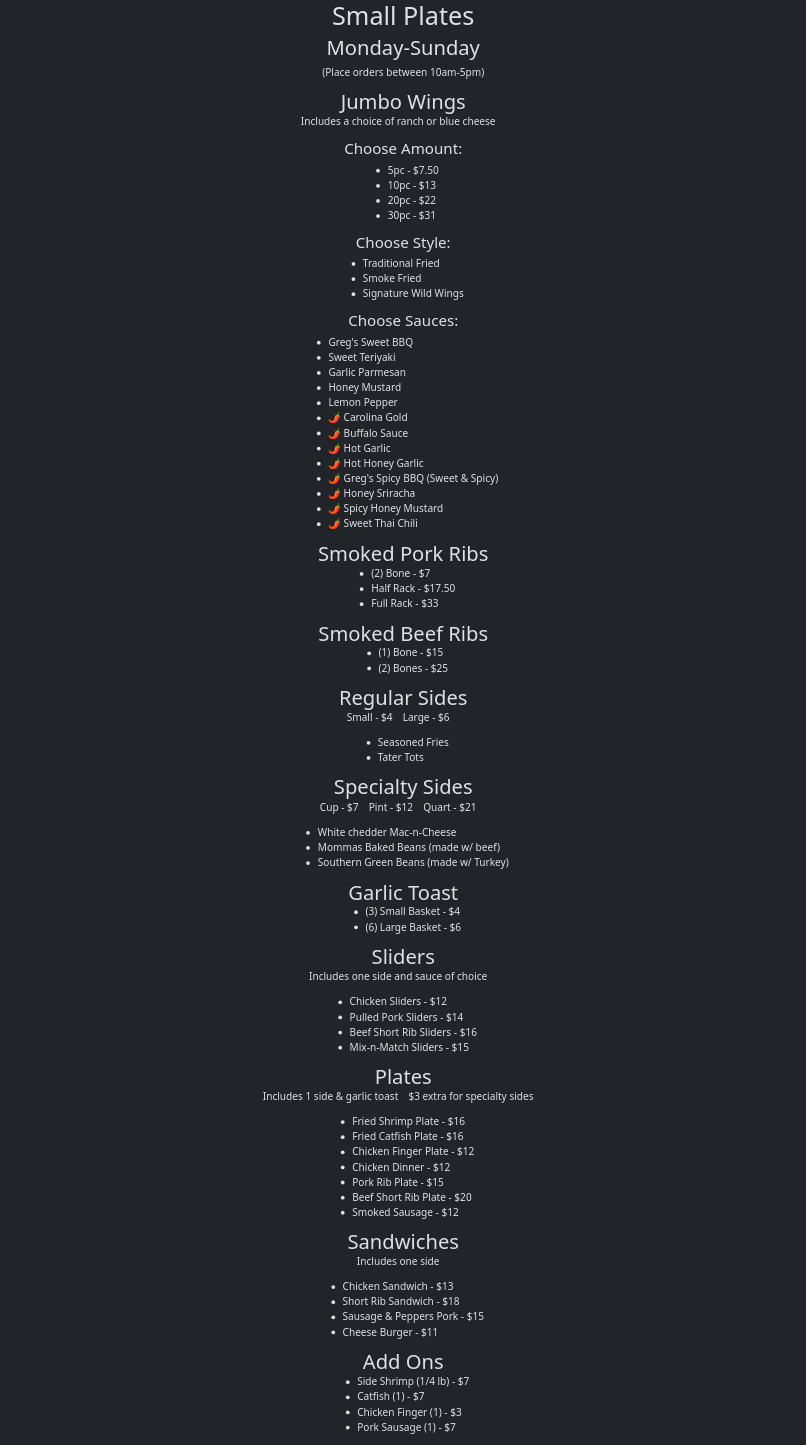
Repository: dukedward/smokehousemenu
Page: plates/index.html
The author's editor kept a copy of each file at every save. The page is drawn from the files as they stood at one save, then again after the next save.
The browser window is 1280 px wide. The pictures show the whole page, at 63% of full size.
Some web libraries are served in a nearby version.

Above is the page before, as saved 2023-03-01 09:18:06.

### plates/index.html
<!DOCTYPE html>
<html lang="en" data-bs-theme="dark">
<head>
    <meta charset="UTF-8">
    <meta http-equiv="X-UA-Compatible" content="IE=edge">
    <meta name="viewport" content="wilih=device-wilih, initial-scale=1.0">
    <link rel="stylesheet" href="https://cdnjs.cloudflare.com/ajax/libs/font-awesome/6.3.0/css/all.min.css" integrity="sha512-SzlrxWUlpfuzQ+pcUCosxcglQRNAq/DZjVsC0lE40xsADsfeQoEypE+enwcOiGjk/bSuGGKHEyjSoQ1zVisanQ==" crossorigin="anonymous" referrerpolicy="no-referrer" />
    <link href="https://cdn.jsdelivr.net/npm/bootstrap@5.3.0-alpha1/dist/css/bootstrap.min.css" rel="stylesheet" integrity="sha384-GLhlTQ8iRABdZLl6O3oVMWSktQOp6b7In1Zl3/Jr59b6EGGoI1aFkw7cmDA6j6gD" crossorigin="anonymous">
    <link rel="stylesheet" href="../style.css" />
    <title>Small Plates</title>
</head>
<body>
    <div class="title">
        <h1>Small Plates</h1>
        <h2>Monday-Sunday</h2>
        <p>(Place orders between 10am-5pm)</p>
    </div>
    <div class="sections">
        <div class="sect">
            <h2>Jumbo Wings</h2>
            <div class="desc">
                <p>Includes a choice of ranch or blue cheese</p>
            </div>
            <div class="sub-sect">
                <h4>Choose Amount:</h4>
                <ul>
                    <li>5pc - $7.50</li>
                    <li>10pc - $13</li>
                    <li>20pc - $22</li>
                    <li>30pc - $31</li>
                </ul>
            </div>
            <div class="sub-sect">
                <h4>Choose Style:</h4>
                <ul>
                    <li>Traditional Fried</li>
                    <li>Smoke Fried</li>
                    <li>Signature Wild Wings</li>
                </ul>
            </div>
            <div class="sub-sect">
                <h4>Choose Sauces:</h4>
                <ul>
                    <li>Greg's Sweet BBQ</li>
                    <li>Sweet Teriyaki</li>
                    <li>Garlic Parmesan</li>
                    <li>Honey Mustard</li>
                    <li>Lemon Pepper</li>
                    <li>🌶️ Carolina Gold</li>
                    <li>🌶️ Buffalo Sauce</li>
                    <li>🌶️ Hot Garlic</li>
                    <li>🌶️ Hot Honey Garlic</li>
                    <li>🌶️ Greg's Spicy BBQ (Sweet & Spicy)</li>
                    <li>🌶️ Honey Sriracha</li>
                    <li>🌶️ Spicy Honey Mustard</li>
                    <li>🌶️ Sweet Thai Chili</li>
                </ul>
            </div>
        </div>
        <div class="sect">
            <h2>Smoked Pork Ribs</h2>
            <ul>
                <li>(2) Bone - $7</li>
                <li>Half Rack - $17.50</li>
                <li>Full Rack - $33</li>
            </ul>
        </div>
        <div class="sect">
            <h2>Smoked Beef Ribs</h2>
            <ul>
                <li>(1) Bone - $15</li>
                <li>(2) Bones - $25</li>
            </ul>
        </div>
        <div class="sect">
            <h2>Regular Sides</h2>
            <div class="desc">
                <p>Small - $4</p>
                <p>Large - $6</p>
            </div>
            <ul>
                <li>Seasoned Fries</li>
                <li>Tater Tots</li>
            </ul>
        </div>
        <div class="sect">
            <h2>Specialty Sides</h2>
            <div class="desc">
                <p>Cup - $7</p>
                <p>Pint - $12</p>
                <p>Quart - $21</p>
            </div>
            <ul>
                <li>White chedder Mac-n-Cheese</li>
                <li>Mommas Baked Beans (made w/ beef)</li>
                <li>Southern Green Beans (made w/ Turkey)</li>
            </ul>
        </div>
        <div class="sect">
            <h2>Garlic Toast</h2>
            <ul>
                <li>(3) Small Basket - $4</li>
                <li>(6) Large Basket - $6</li>
            </ul>
        </div>
        <div class="sect">
            <h2>Sliders</h2>
            <div class="desc">
                <p>Includes one side and sauce of choice</p>
            </div>
            <ul>
                <li>Chicken Sliders - $12</li>
                <li>Pulled Pork Sliders - $14</li>
                <li>Beef Short Rib Sliders - $16</li>
                <li>Mix-n-Match Sliders - $15</li>
            </ul>
        </div>
        <div class="sect">
            <h2>Plates</h2>
            <div class="desc">
                <p>Includes 1 side & garlic toast</p>
                <p>$3 extra for specialty sides</p>
            </div>
            <ul>
                <li>Fried Shrimp Plate - $16</li>
                <li>Fried Catfish Plate - $16</li>
                <li>Chicken Finger Plate - $12</li>
                <li>Chicken Dinner - $12</li>
                <li>Pork Rib Plate - $15</li>
                <li>Beef Short Rib Plate - $20</li>
                <li>Smoked Sausage - $12</li>
            </ul>
        </div>
        <div class="sect">
            <h2>Sandwiches</h2>
            <div class="desc">
                <p>Includes one side</p>
            </div>
            <ul>
                <li>Chicken Sandwich - $13</li>
                <li>Short Rib Sandwich - $18</li>
                <li>Sausage & Peppers Pork - $15</li>
                <li>Cheese Burger - $11</li>
            </ul>
        </div>
        <div class="sect">
            <h2>Add Ons</h2>
            <ul>
                <li>Side Shrimp (1/4 lb) - $7</li>
                <li>Catfish (1) - $7</li>
                <li>Chicken Finger (1) - $3</li>
                <li>Pork Sausage (1) - $7</li>
            </ul>
        </div>
    </div>
    <script src="https://cdn.jsdelivr.net/npm/bootstrap@5.3.0-alpha1/dist/js/bootstrap.bundle.min.js" integrity="sha384-w76AqPfDkMBDXo30jS1Sgez6pr3x5MlQ1ZAGC+nuZB+EYdgRZgiwxhTBTkF7CXvN" crossorigin="anonymous"></script>
</body>
</html>

### style.css
/* * {
	margin: 0;
	padding: 0;
} */

/* body {
    background-color: #212529;
}




.title h1,h2,p {
    margin-bottom: 0;
}


dt {
    font-size: medium;
    font-weight: bold;
}

dd {
    margin-bottom: 1rem;
}

h1,h2,h3,ul,li,p {
    color: #fff;
} */

.container {
    height: 100vh;
}

.title {
	display: flex;
	flex-direction: column;
	justify-content: center;
	align-items: center;
}

.sections {
	display: grid;
}

.sect, .sub-sect {
	display: flex;
	flex-direction: column;
	justify-content: left;
	align-items: center;
}

.sect h2,h3 {
    margin-bottom: 0;
}

.desc {
    display: flex;
    flex-direction: row;
    justify-content: space-between;
}

.desc p {
    padding-right: 1rem;
}

After the next save:
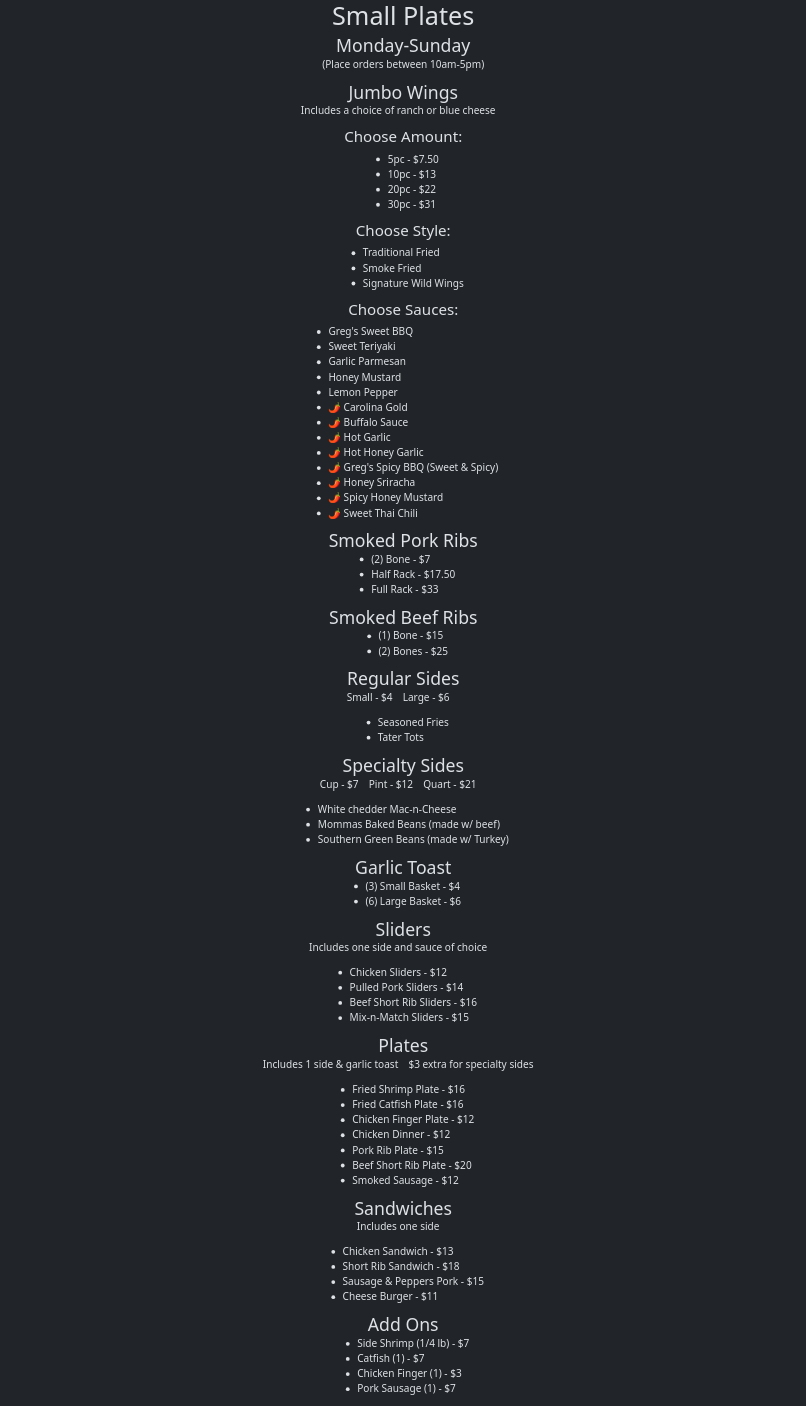
Saved 11 s later.
--- a/plates/index.html
+++ b/plates/index.html
@@ -12,12 +12,12 @@
 <body>
     <div class="title">
         <h1>Small Plates</h1>
-        <h2>Monday-Sunday</h2>
+        <h3>Monday-Sunday</h3>
         <p>(Place orders between 10am-5pm)</p>
     </div>
     <div class="sections">
         <div class="sect">
-            <h2>Jumbo Wings</h2>
+            <h3>Jumbo Wings</h3>
             <div class="desc">
                 <p>Includes a choice of ranch or blue cheese</p>
             </div>
@@ -58,7 +58,7 @@
             </div>
         </div>
         <div class="sect">
-            <h2>Smoked Pork Ribs</h2>
+            <h3>Smoked Pork Ribs</h3>
             <ul>
                 <li>(2) Bone - $7</li>
                 <li>Half Rack - $17.50</li>
@@ -66,14 +66,14 @@
             </ul>
         </div>
         <div class="sect">
-            <h2>Smoked Beef Ribs</h2>
+            <h3>Smoked Beef Ribs</h3>
             <ul>
                 <li>(1) Bone - $15</li>
                 <li>(2) Bones - $25</li>
             </ul>
         </div>
         <div class="sect">
-            <h2>Regular Sides</h2>
+            <h3>Regular Sides</h3>
             <div class="desc">
                 <p>Small - $4</p>
                 <p>Large - $6</p>
@@ -84,7 +84,7 @@
             </ul>
         </div>
         <div class="sect">
-            <h2>Specialty Sides</h2>
+            <h3>Specialty Sides</h3>
             <div class="desc">
                 <p>Cup - $7</p>
                 <p>Pint - $12</p>
@@ -97,14 +97,14 @@
             </ul>
         </div>
         <div class="sect">
-            <h2>Garlic Toast</h2>
+            <h3>Garlic Toast</h3>
             <ul>
                 <li>(3) Small Basket - $4</li>
                 <li>(6) Large Basket - $6</li>
             </ul>
         </div>
         <div class="sect">
-            <h2>Sliders</h2>
+            <h3>Sliders</h3>
             <div class="desc">
                 <p>Includes one side and sauce of choice</p>
             </div>
@@ -116,7 +116,7 @@
             </ul>
         </div>
         <div class="sect">
-            <h2>Plates</h2>
+            <h3>Plates</h3>
             <div class="desc">
                 <p>Includes 1 side & garlic toast</p>
                 <p>$3 extra for specialty sides</p>
@@ -132,7 +132,7 @@
             </ul>
         </div>
         <div class="sect">
-            <h2>Sandwiches</h2>
+            <h3>Sandwiches</h3>
             <div class="desc">
                 <p>Includes one side</p>
             </div>
@@ -144,7 +144,7 @@
             </ul>
         </div>
         <div class="sect">
-            <h2>Add Ons</h2>
+            <h3>Add Ons</h3>
             <ul>
                 <li>Side Shrimp (1/4 lb) - $7</li>
                 <li>Catfish (1) - $7</li>
